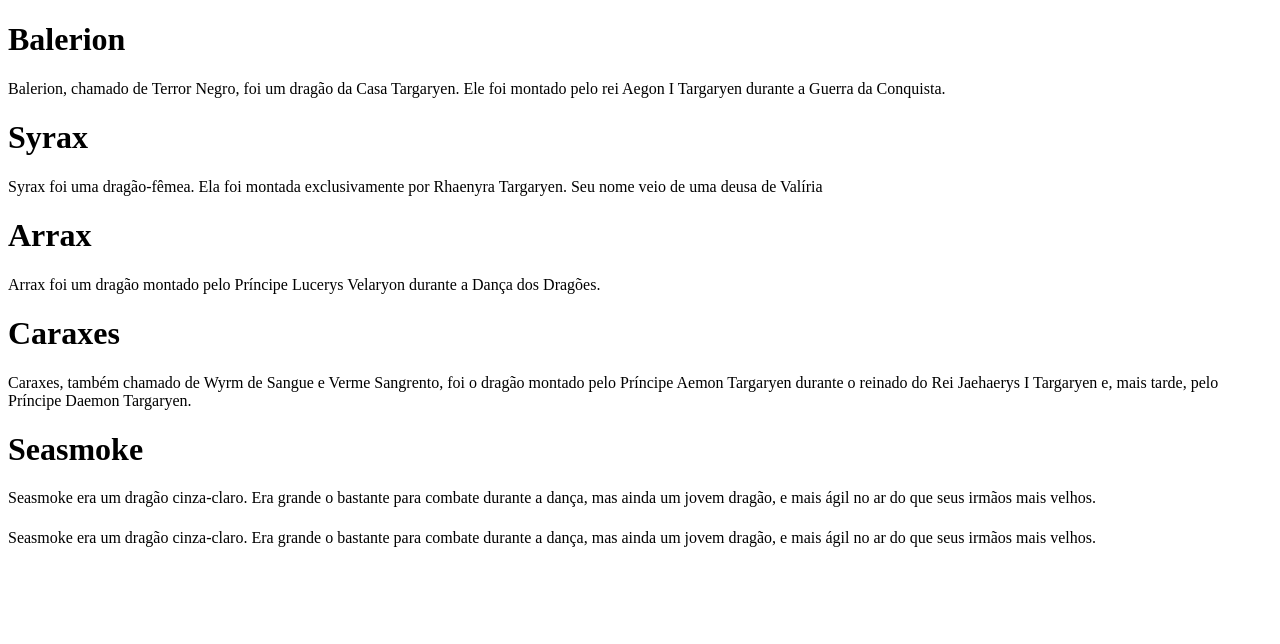
Repository: Caiquedev123/Dragaoes-progeto
Page: index.html
An editor plug-in stored every save of this project. The page is shown before and after the next save, followed by the edit.
The browser window is 1280 px wide. The pictures show the whole page.

Above is the page before, as saved 2024-08-09 11:23:15.

After the next save:
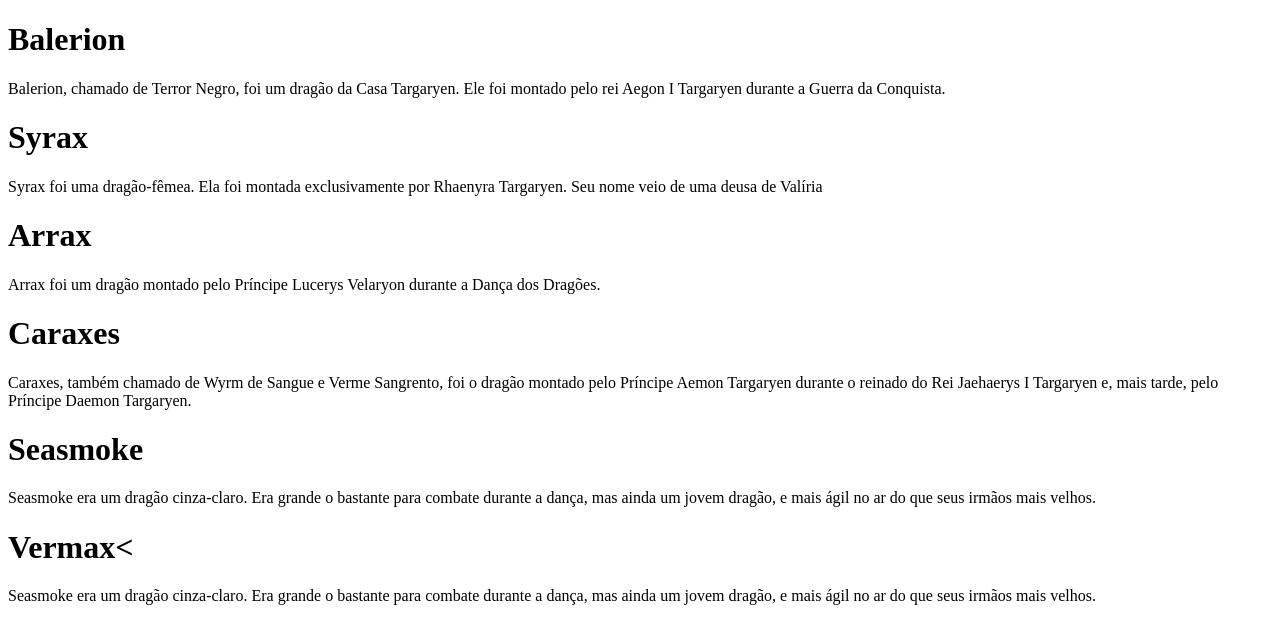
Saved 8 s later.
--- a/index.html
+++ b/index.html
@@ -41,7 +41,7 @@
             </div>
 
             <div class="informacoes ativa">
-                <h1></h1>
+                <h1>Vermax<</h1>
 
                 <p class="descricao">Seasmoke era um dragão cinza-claro. Era grande o bastante para combate durante a dança, mas ainda um jovem dragão, e mais ágil no ar do que seus irmãos mais velhos.</p>
             </div>
